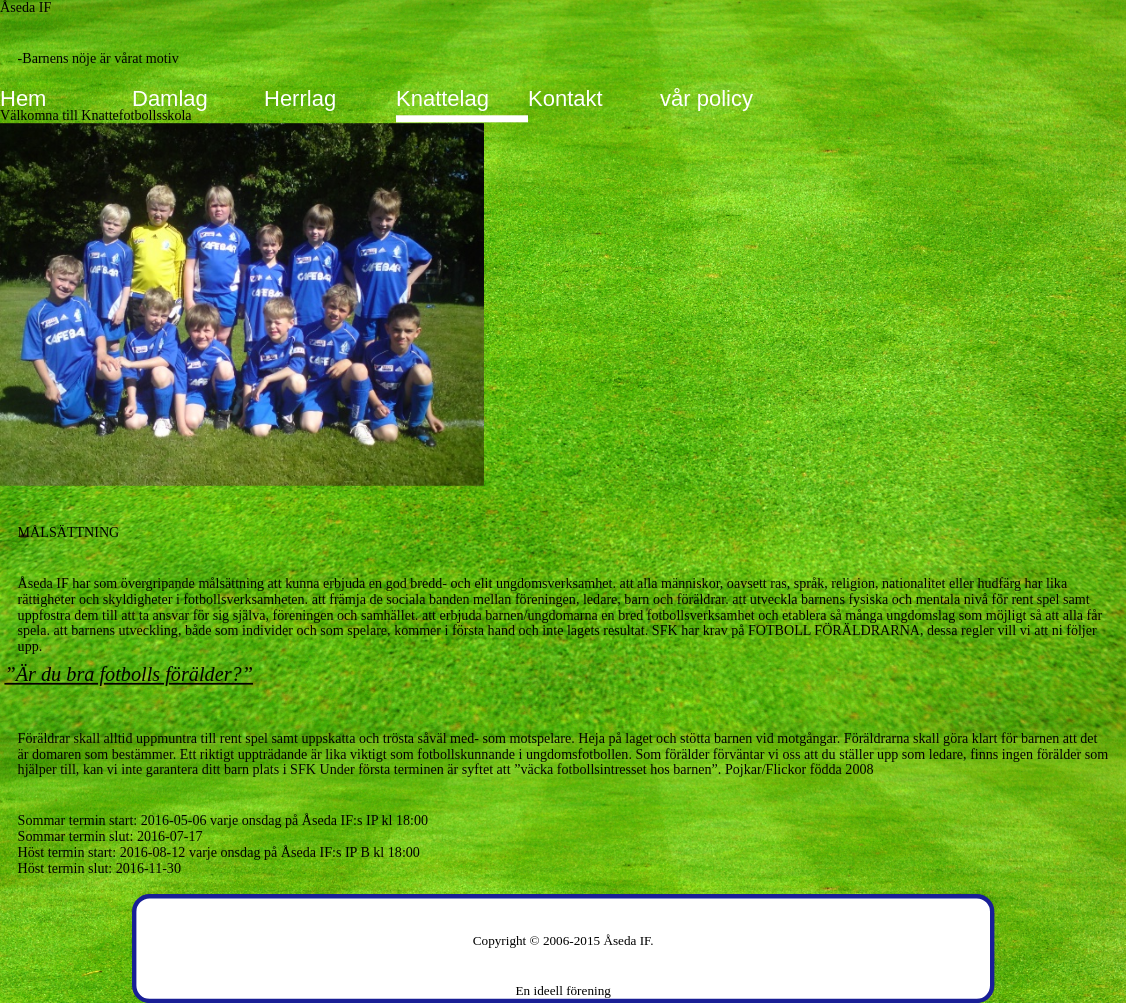
Repository: alexanderdanielsson28/ProjektAsedaIF
Page: html/Knattelag.html
The author's editor kept a record of every edit. The page is drawn from the files as they stood at one moment, then again after the next edit.
The browser window is 1280 px wide. The pictures show the whole page, at 88% of full size.
Backgrounds fixed to the window are drawn as part of the page.

Above is the page before.

### html/Knattelag.html
<!DOCTYPE html>
<html lang="sv">
<!-- svenskt språk -->

<head>
    <meta charset="utf-8">
    <!-- utf-8 svensk -->
    <meta name="viewport" content="width=device-width, initial-scale=1.0">
    <!-- viewport -->
    <title>Åseda Sport</title>
    <!-- titeln på hemsidan -->
    <link rel="icon" href="../pictures/aseda.png" sizes="16x16" type="image/png">
    <link rel="shortcut icon" href="../pictures/aseda.png" sizes="16x16" type="image/png">
    <link rel="apple-touch-icon" href="../pictures/aseda.png" sizes="120x120" type="image/png">
    <link rel="stylesheet" type="text/css" media="only screen and (min-width:480px)" href="../css/media.css">
    <!-- länk till stylesheet för css -->
    <link rel="stylesheet" type="text/css" media="only screen and (min-width:480px)" href="../menu.css">
    <!-- länk till stylesheet css för att anpassa till width 480px  -->
    <link rel="stylesheet" media="only screen and (max-width:480px)" href="../css/mobile.css">
</head>

<body>

    <div id="header">
        <h1 id="h1tag">Åseda IF</h1>
        <h3 class="hidden">-Barnens nöje är vårat motiv</h3>
        <div class="fb-like" data-href="https://www.facebook.com/asedaif?ref=ts&amp;fref=ts" data-layout="standard" data-action="like" data-show-faces="true" data-share="true"></div>

    </div>
    <div id="meny">
        <div id="meny2">
            <nav id="navigation">
                <ul>
                    <li><a class="klass" href="../index.html">Hem</a></li>
                    <li><a class="klass" href="../html/Damlag.html">Damlag</a></li>
                    <li><a class="klass" href="../html/Herrlag.html">Herrlag</a></li>
                    <li><a class="klass" href="../html/Knattelag.html">Knattelag</a></li>
                    <li><a class="klass" href="../html/Kontakt.html">Kontakt</a></li>
                    <li><a class="klass" href="../html/Policy.html">vår policy</a></li>
                </ul>
            </nav>

        </div>
    </div>

    <article id="knatteArticle">
        <h1 id="textBoxH"> Välkomna till Knattefotbollsskola</h1>
        <div id="knatte">
            <img id="knattebild" src="../pictures/DSC00505.jpg" alt="bilden kan ej visas">
        </div>

        <div id="textbox">



            <h2>MÅLSÄTTNING</h2>
            <p>
                Åseda IF har som övergripande målsättning att kunna erbjuda en god bredd- och elit ungdomsverksamhet. att alla människor, oavsett ras, språk, religion, nationalitet eller hudfärg har lika rättigheter och skyldigheter i fotbollsverksamheten. att främja
                de sociala banden mellan föreningen, ledare, barn och föräldrar. att utveckla barnens fysiska och mentala nivå för rent spel samt uppfostra dem till att ta ansvar för sig själva, föreningen och samhället. att erbjuda barnen/ungdomarna
                en bred fotbollsverksamhet och etablera så många ungdomslag som möjligt så att alla får spela. att barnens utveckling, både som individer och som spelare, kommer i första hand och inte lagets resultat. SFK har krav på FOTBOLL FÖRÄLDRARNA,
                dessa regler vill vi att ni följer upp. </p>
            <div id="fair">”Är du bra fotbolls förälder?”</div>

            <p>Föräldrar skall alltid uppmuntra till rent spel samt uppskatta och trösta såväl med- som motspelare. Heja på laget och stötta barnen vid motgångar. Föräldrarna skall göra klart för barnen att det är domaren som bestämmer. Ett riktigt uppträdande
                är lika viktigt som fotbollskunnande i ungdomsfotbollen. Som förälder förväntar vi oss att du ställer upp som ledare, finns ingen förälder som hjälper till, kan vi inte garantera ditt barn plats i SFK Under första terminen är syftet att
                ”väcka fotbollsintresset hos barnen”. Pojkar/Flickor födda 2008</p>

            <ul>
                <li>Sommar termin start: 2016-05-06 varje onsdag på Åseda IF:s IP kl 18:00</li>
                <li>Sommar termin slut: 2016-07-17</li>
                <li>Höst termin start: 2016-08-12 varje onsdag på Åseda IF:s IP B kl 18:00</li>
                <li>Höst termin slut: 2016-11-30 </li>
            </ul>



        </div>
    </article>



















    <div id="footer">
        <div id="footertext">
            <h3>Copyright © 2006-2015 Åseda IF.</h3>
            <h3>En ideell förening </h3>
        </div>
    </div>

    <script type="text/javascript" src="../javascript/script.js"></script>
    <script type="text/javascript" src="../menu.js"></script>

</body>

</html>

### menu.css


#meny

{

    padding:0;


    width:700px;

    height: 3px;

    /*border-radius: 3px;
*/
}
#meny2
{

    width:960px;
    margin:0 auto;
}
#meny2 ul
{

    position: relative;
    list-style-type: none;
    float:center;
    padding:0;margin:0;
}
#meny2 li


{
    width:150px;
    border-collapse: separate;
    /* border-left: 1px solid gray;
    border-radius:5px solid;
    */
    float:left;
    list-style-type: none;
    padding:0;margin:0;background-image:none;
}

#meny2 li.highlight
{

    background-color:white;
    top:50px;
    height:8px;
    z-index: 1;
    position: absolute;
    overflow:hidden;
    /*opacity: 0.8;*/

}
#meny2 li a
{

    height:10px;
    padding-top: 16px;
    margin: 0 0px;
    color:white;
    font: normal 25px arial;
    text-align: center;
    text-decoration: none;
    display: block;
    float:left;
    position: relative;
    z-index: 2;
}

### css/mobile.css
/* http://meyerweb.com/eric/tools/css/reset/
   v2.0 | 20110126
   License: none (public domain)
*/

html,
body,
div,
span,
applet,
object,
iframe,
h1,
h2,
h3,
h4,
h5,
h6,
p,
blockquote,
pre,
a,
abbr,
acronym,
address,
big,
cite,
code,
del,
dfn,
em,
img,
ins,
kbd,
q,
s,
samp,
small,
strike,
strong,
sub,
sup,
tt,
var,
b,
u,
i,
center,
dl,
dt,
dd,
ol,
ul,
li,
fieldset,
form,
label,
legend,
table,
caption,
tbody,
tfoot,
thead,
tr,
th,
td,
article,
aside,
canvas,
details,
embed,
figure,
figcaption,
footer,
header,
hgroup,
menu,
nav,
output,
ruby,
section,
summary,
time,
mark,
audio,
video {
    margin: 0;
    padding: 0;
    border: 0;
    font-size: 100%;
    font: inherit;
    vertical-align: baseline;
}


/* HTML5 display-role reset for older browsers */

article,
aside,
details,
figcaption,
figure,
footer,
header,
hgroup,
menu,
nav,
section {
    display: block;
}

body {
    line-height: 1;
    overflow-x: hidden;
}

ol,
ul {
    list-style: none;
}

blockquote,
q {
    quotes: none;
}

blockquote:before,
blockquote:after,
q:before,
q:after {
    content: '';
    content: none;
}

table {
    border-collapse: collapse;
    border-spacing: 0;
}


/* Mobil innehåll Mobil innehåll Mobil innehåll Mobil innehåll Mobil innehåll Mobil innehåll Mobil innehåll */

#h1tag {
    font-size: 25px;
    text-align: center;
}

.hidden {
    font-size: 15px;
    text-align: center;
}

#header {
    background-color:#023F6B;
     margin-left:auto;
    margin-right:auto;
    /*border-top-left-radius:2em;*/
    /*border-top-right-radius:2em;*/
    /*background-color:white;*/
    background-image: url(../pictures/loggaasedaMobile4.png);
    background-repeat:no-repeat;
    background-position:center;
   /*background-size:auto auto;*/
    width: auto;
    height: 125px;
    /*background-position:center;*/
    /*margin-bottom:10px;*/
/*position: absolute; top: 60px; left: 80px;*/
}
#backgroundHeader{
    /* background-image:url(../pictures/loggaasedaMobile3.png);*/
    /* width: 400px;*/
    /*height: 100px;*/
/*position: relative; top: 0; left: 0;*/
}


/*
.hidden {
    display:none;
}
*/

html {
    /*background-image: url("../pictures/bg_grass.jpg");*/
    width: auto;
    height: auto;
    background-size: cover;
    background-repeat: no-repeat;
    background-attachment: fixed;
    overflow-x: hidden;
}

body {
    width: auto;
    height: auto;
}

table {
    display: block;
    overflow: scroll;
}

#twoinone {
    max-width: 300px;
    height: auto;
}

nav {
    width: 300px;
    height: auto;
}

.klass {
    padding: 15px;
    /*width:auto;*/
}

#bilden {
    width: 55px;
    height: 55px;
}

#aside1 {
    margin: 50px;
    padding: 50px 50px 10px 50px;
    border: 1px solid black;
}

#aside {
    margin: 50px;
    padding: 50px 50px 10px 50px;
    border: 1px solid black;
}

.bildflera {
    background-image: url("../pictures/myrvalla02.jpg");
    background-repeat: no-repeat;
}

#seces {
    max-width: 400px;
    height: auto;
}

#fboverlay {
    opacity: 0.6;
    filter: alpha(opacity=60);
    -webkit-filter: grayscale(100%);
    -moz-filter: grayscale(100%);
    -o-filter: grayscale(100%);
    -ms-filter: grayscale(100%);
    filter: grayscale(100%);
}

#imagen {
    max-width: 250px;
    height: auto;
    margin-left: 10%;
    margin-right: 10%;
}

#artherr {
    width: auto;
    height: auto;
    margin-top: 50px;
    background-color: rgb(235, 235, 235);
}

#nyaart {
    max-width: 250px;
    height: auto;
    background-color: rgb(225, 225, 225);
}

#match {
    width: auto;
    height: auto;
    float: left;
    border: 1px solid black;
    background-color: rgb(225, 225, 225);
}

#sece {
    width: 200px;
    height: auto;
}

#table1 {
    width: 250px;
    height: auto;
    overflow: scroll;
}

#chall {
    width: 150px;
    height: auto;
}

#meny {
    text-align: center;
    margin-left: auto;
    margin-right: auto;
    width: auto;
    margin-bottom: 10px;
}

#meny2 {
    width: 900px;
    margin: 0 auto;
}

#meny2 ul {
    position: relative;
    list-style-type: none;
    float: center;
    padding: 0;
    margin: 0;
}

#meny2 li {
    margin: 0;
    padding: 0;
    width: auto;
    list-style-type: none;
    font-size: 100%;
    background-color: silver;
    border-bottom: 1px solid black;
}


/*
#meny2 li.highlight {
    background-color: white;
    top: 50px;
    height: 8px;
    z-index: 1;
    position: absolute;
    overflow: hidden;

}
*/

#meny2 li a {
    font-size: 20px;
    display: block;
    width: auto;
    height: 25px;
    padding-bottom: 0.2em;
    text-decoration: none;
    border-top: 1px solid black;
    border-right: 1px solid black;
    border-left: 1px solid black;
}

#container {
    max-width: 300px;
    margin-left: 1px;
}

#sidebaren {
    max-width: 300px;
    margin: 0px;
    padding: 0px;
}


/*
#navigation {
    max-width: 300px;
    height:auto;
}

new menu phone
#navigation
{
    text-align: center;
    margin-left: auto;
    margin-right: 10%;
    width:auto;
    margin-bottom:10px;

}
#navigation li{

    margin-left: auto;
    margin-right: auto;
}

/*news funtionen*/

.dhmcss {
    width: 100%;
    background: #FFFFFF;
    COLOR: #5C5C5C;
    FONT-FAMILY: verdana, arial, helvetica;
    FONT-SIZE: 10pt;
    FONT-WEIGHT: bold;
    padding-top: 1px;
    padding-bottom: 1px;
    TEXT-DECORATION: none;
}

.dhmcssover {
    width: 100%;
    background: #EC941C;
    COLOR: #FFFFFF;
    FONT-FAMILY: verdana, arial, helvetica;
    FONT-SIZE: 10pt;
    FONT-WEIGHT: bold;
    padding-top: 1px;
    padding-bottom: 1px;
    TEXT-DECORATION: none;
}

.dhmcssdown {
    width: 100%;
    background: #ACDCA5;
    COLOR: #000000;
    FONT-FAMILY: verdana, arial, helvetica;
    FONT-SIZE: 10pt;
    FONT-WEIGHT: bold;
    padding-top: 1px;
    padding-bottom: 1px;
    TEXT-DECORATION: none;
}

.duztext {
    COLOR: #222222;
    FONT-FAMILY: Arial, sans-serif, Geneva;
    FONT-SIZE: 9pt;
    FONT-STYLE: normal;
    FONT-WEIGHT: normal;
    TEXT-DECORATION: none;
    line-height: 18px;
}

.duztext2 {
    COLOR: #222222;
    FONT-FAMILY: Arial, sans-serif, Geneva;
    FONT-SIZE: 10px;
    FONT-STYLE: normal;
    FONT-WEIGHT: normal;
    TEXT-DECORATION: none
}

.kbaslik {
    COLOR: #222222;
    FONT-FAMILY: Arial, sans-serif, Geneva;
    FONT-SIZE: 11pt;
    FONT-STYLE: normal;
    FONT-WEIGHT: bold;
    TEXT-DECORATION: none
}

.bbaslik {
    COLOR: #222222;
    FONT-FAMILY: Arial, Arial, Geneva;
    FONT-SIZE: 13pt;
    FONT-STYLE: normal;
    FONT-WEIGHT: bold;
    TEXT-DECORATION: none
}

A:link {
    text-decoration: none;
    color: #202090;
    font-size: 12px;
    font-family: "Arial", "Helvetica", "sans-serif";
}

A:visited {
    text-decoration: none;
    color: #202090;
    font-size: 12px;
    font-family: "Arial", "Helvetica", "sans-serif";
}

A:hover {
    text-decoration: underline;
    color: #FF9900;
    font-size: 12px;
    font-family: "Arial", "Helvetica", "sans-serif";
}

a {
    font-family: "Arial", "Helvetica", "sans-serif";
    font-size: 12px;
    color: #202090;
}

#resultat {
    font-weight: bold;
    font-size: 20px;
    text-align: center;
    padding-bottom: 10px;
}

#chall {
    font-style: italic;
}

.hej15 {
    background-color: gray;
}

#lagsvag {
    border: 1px solid black;
    background-color: rgb(145, 145, 195);
}

.listen {
    list-style-type: disc;
    padding: 5px 15px 5px 25px;
}

#headboll {
    font-size: 30px;
    text-align: center;
    font-weight: bold;
    padding: 15px;
    background-color: rgb(200, 200, 235);
}

.gro {
    background-color: gray;
}

#train {
    padding: 5px;
    font-weight: bold;
    background-color: gray;
}

#knatte {
    width: 300px;
    /*background-color: white;*/
    margin-top: 0px;
}

#knatte img {
    box-shadow: 25px 25px 15px black;
    background-repeat: no-repeat;
    background-size: 350px 200px;
    margin-top: 5px;
}

#knatteArticle {
    background-color: white;
    width: auto;
    border: 5px solid;
    margin-top: 50px;
    border-color: silver;
}

#knatteArticle h2 {
    font-size: large;
    padding-top: 25px;
    padding-bottom: 10px;
    text-decoration: underline;
}

#fair {
    padding-top: 10px;
    padding-bottom: 10px;
    text-decoration: underline;
    font-style: oblique;
    padding-left: 10px;
    font-size: large;
}

#textbox {
    width: 200px;
    margin-left: 30%;
    padding-bottom: 20px;
    padding-top: 50px;
}

#textBoxH {
    color: green;
    margin-top: 20px;
    font-size: 25px;
    margin-left: 28%;
}

#textbox ul li {
    margin-top: 20px;
    background-image: url('../pictures/football.png');
    background-repeat: no-repeat;
    background-size: 15px 15px;
    padding-left: 19px;
}

#knattebild {
    width: 100%;
}

#fb {
    margin-right: 50%;
    display: none;
}

#textBoxH {
    color: green;
}

#ark {
    border: 1px solid black;
    /*max-width: 300px;*/
    margin-top: 50px;
    background-color: white;
}

#formBox {
    max-width: 300px;
    padding-top: 8px;
}

#art {
    width: auto;
    margin-top: 50px;
    background-color: gray;
    border: 2px solid;
    border-color: black;
    font-family: sans-serif;
}

#policyinnehall {
    padding: 0px 25px 0px 25px;
}

#policen {
    font-size: 35px;
    text-align: center;
    font-weight: bold;
}

#first {
    padding: 15px 15px;
}

#str {
    font-weight: bold;
    padding: 15px 15px;
    text-align: center;
}

#second {
    padding: 15px 15px;
}

#third {
    padding: 15px 15px;
}

#over {
    font-weight: bold;
    text-align: center;
    padding: 15px 15px;
}

#fourth {
    padding: 15px 15px;
}

.lists {
    padding: 5px 35px 5px 35px;
    list-style-type: disc;
}

.liulett {
    padding: 3px 3px;
}

#over2 {
    font-weight: bold;
    text-align: center;
    padding: 15px 15px;
}

#fifth {
    padding: 15px 15px;
}

#bordern {
    margin: 3px;
    padding: 3px;
    border: 1px solid black;
    background-color: rgb(175, 175, 175);
}

#barnh2 {
    font-weight: bold;
    font-size: 25px;
    padding-top: 5px;
    padding-left: 5px;
    text-align: center;
}

#barn3 {
    padding: 5px;
    font-size: 17px;
}

#pbarn {
    width: 250px;
    padding: 10px;
    line-height: 20px;
}

#alle {
    padding: 10px;
    width: 250px;
    line-height: 20px;
}

#olikal {
    padding: 10px;
    width: 250px;
    line-height: 20px;
}

#damerna {
    font-style: italic;
    padding: 3px;
}

#paran {
    border: 1px solid black;
    margin: 3px;
    background-color: rgb(235, 235, 235);
}

/*Nav menu Nav menu Nav menu Nav menu Nav menu Nav menu Nav menu Nav menu Nav menu*/
/*test meny*/

a {
	color: #333;
}
/*#show{*/
/*    display:hide;*/
/*}*/
/*#show.onClick nav{*/
/*    visibility:default;*/

/*}*/
/*#show{*/
/*    width:150px;*/
/*    height:70px;*/
/*    color:black;*/
/*}*/
/*#show #nav.onClick {*/
/*  visibility: hidden;*/
/*}*/
/*#show.nav {*/

/*}*/
/*-------------------------------------*/
    /*#lagDrop .cont li:hover {*/
    /*    background: #eee;*/
    /*    color: #333;*/
    /*}*/

    /*#lagDrop .cont li {*/

    /*    list-style: none;*/
    /*    text-align: left;*/
    /*    color: #888;*/
    /*    font-size: 14px;*/
    /*    line-height: 30px;*/
    /*    height: 30px;*/
    /*    padding-left: 10px;*/
    /*    border-top: 1px solid #ccc;*/
    /*}*/

    /*#lagDrop .cont li:last-of-type {*/
    /*    border-bottom-left-radius: 5px;*/
    /*    border-bottom-right-radius: 5px;*/

    /*}*/
/*.lagDrop ul{*/
/*        visibility:hidden;*/

/*    }*/
/*--------------*/
#demo {
        margin: 30px 0 50px 0;
        font-family: Helvetica , Helvetica, Arial, sans-serif;
    }

    #demo .wrapper {
        display: inline-block;
        width: 180px;
        margin: 0 10px 0 0;
        height: 20px;
        position: relative;
    }

    #demo .parent {
        background-image:url("../pictures/threelines.png");
        background-repeat:no-repeat;
        background-size:154px 50px;
        background-position:center;
        height: 100%;
        width: 94px;
        display: block;
        cursor: pointer;
        line-height: 30px;
        height: 30px;
        /*border-radius: 5px;*/
        /*background: #F9F9F9;*/
        border: 1px solid;
        border-bottom: 1px solid;
        /*color: #282D31;*/
        font-weight: bold;
        z-index: 2;
        position: relative;
        -webkit-transition: border-radius .1s linear, background .1s linear, z-index 0s linear;
        -webkit-transition-delay: .8s;
        text-align: center;
    }

    #demo .parent:hover,
    #demo .cont:hover ~ .parent {

        /*background: #fff;*/
        -webkit-transition-delay: 0s, 0s, 0s;
    }

    #demo .cont:hover ~ .parent {
        border-bottom-left-radius: 0;
        border-bottom-right-radius: 0;
        z-index: 0;

    }

    #demo .cont {
        position: absolute;
        top: 0;
        display: block;
        z-index: 1;
        height: 0;
        width:auto;
        padding-top: 30px;
        -webkit-transition: height .5s ease;
        -webkit-transition-delay: .4s;
        border: 1px solid #777;
        border-radius: 5px;
        box-shadow: 0 1px 2px rgba(0,0,0,.4);
    }

    #demo .wrapper:active .cont {
        height: 280px;
        z-index: 3;
        -webkit-transition-delay: 0s;
    }

    #demo .cont:hover {
       height: 280px;
        z-index: 3;
        -webkit-transition-delay: 0s;

    }


    #demo .cont ul {
        background: #fff;
        margin: 0;
        padding: 0;
        overflow: hidden;
        height: 100%;
        border-bottom-left-radius: 5px;
        border-bottom-right-radius: 5px;
    }

    #demo .cont ul a {
        text-decoration: none;

    }

    #demo .cont li:hover {
        background: #eee;
        color: #333;
    }

    #demo .cont li {

        list-style: none;
        text-align: left;
        color: #888;
        font-size: 14px;
        line-height: 30px;
        height: 40px;
        padding-left: 10px;
        border-top: 1px solid #ccc;
    }


    #demo .cont li:last-of-type {
        border-bottom-left-radius: 5px;
        border-bottom-right-radius: 5px;

    }

    /*#varaLag ul{*/

    /*}*/
/*-------------------------------------*/
/*   #varaLag .wrapper:active .cont {*/
/*        height: 500px;*/
/*        z-index: 3;*/
/*        -webkit-transition-delay: 0s;*/
/*    }*/

/*    #varaLag .cont:hover {*/
/*       height: 500px;*/
/*        z-index: 3;*/
/*        -webkit-transition-delay: 0s;*/

/*    }*/


/*    #varaLag .cont ul {*/
/*        background: #fff;*/
/*        margin: 0;*/
/*        padding: 0;*/
/*        overflow: hidden;*/
/*        height: 100%;*/
/*        border-bottom-left-radius: 5px;*/
/*        border-bottom-right-radius: 5px;*/
/*    }*/

/*    #varaLag .cont ul a {*/
/*        text-decoration: none;*/

/*    }*/

/* #varaLag .cont li:hover {*/
/*        background: #eee;*/
/*        color: #333;*/
/*    }*/

/*    #varaLag .cont li {*/

/*        list-style: none;*/
/*        text-align: left;*/
/*        color: #888;*/
/*        font-size: 14px;*/
/*        line-height: 30px;*/
/*        height: 40px;*/
/*        padding-left: 10px;*/
/*        border-top: 1px solid #ccc;*/
/*    }*/

/*    #varaLag .cont li:last-of-type {*/
/*        border-bottom-left-radius: 5px;*/
/*        border-bottom-right-radius: 5px;*/

/*}*/
#menuForBiggerDevice{
    /*visibility:hidden;*/

    display:none;
}
/*Index mobile Index mobile Index mobile Index mobile Index mobile Index mobile Index mobile*/
#knatteArticle1{

 margin-left:auto;
    margin-right:auto;

       /*margin-bottom:20px;*/
    border-radius: 10px;
    background-color: white;
    border-width: 1px;
    border-color: black;
    /*max-width: 970px;*/
   /*padding-bottom:20px;*/
    background-color:#191f96;

}
#textindex{
   margin-left:auto;
   margin-right:auto;
    width:auto;
    /*max-width:920px;*/
    background-color:white;
    /* line-height: 150%;*/
    /*padding-left:30px;*/
    /*float:left;*/
    /*width:500px;*/
    border: 5px solid;
    border-radius: 25px;
    border-color:#191f96;

}
#textindex p{
    font-size:14px;
    font-style: normal;
    margin-bottom:15px;
    margin-left:10px;
    margin-right:10px;

}


/*Footer mobile Footer mobile Footer mobile Footer mobile Footer mobile Footer mobile Footer mobile*/
#footer{
    margin:0 auto;
     margin-left:auto;
   margin-right:auto;

    position: relative;
    text-align:center;
    width:auto;
    background-color:white;
    /*width:auto;*/
    /*width:900px;*/
     /*clear: left;*/
   /*line-height: 250%;*/
    /*background-color:white;*/
    border-radius: 20px;
    border:5px solid;
    border-color:#191f96;
    /*margin-top:30px;*/
    margin-top: 10px;
 font-size:11px;


}
.fotterOl{
    width:auto;
    /*float:left;*/
    /*padding-left:175px;*/
    /*padding-right:2%;*/
    /*padding-bottom:50px;*/
    /*line-height: 150%;*/
    font-size:11px;
    /*padding-top:20px;*/
    /*margin-bottom:60px;*/
      /*height:100px;*/

}
#secondRss{
    display:none;
}

#textindexdam{
  background-color:white;
     line-height: 160%;
    /*padding-left:20%;*/
    /*float:left;*/
    /*width:970px;*/
     /*margin-left:25px;*/
    /*height:700px;*/
    /*padding-right:80px;*/
    padding-bottom:20px;
     border: 5px solid;
    border-radius: 25px;
    border-color:#191f96;

}
#textindexdam p{
    font-size:14px;
    font-style: normal;
    margin-bottom:15px;
    margin-left:10px;
    margin-right:10px;
    width:auto;
}
#tranan{
    font-size:16px;
    font-style: normal;
    margin-bottom:15px;
    margin-left:10px;
    margin-right:10px;

}
#textindexdam img{
 /*margin-left:200px;*/
 /*float:center;*/
 margin-left:auto;
 margin-right:auto;
 /*border:2px solid;*/
 /*border-color:#191f96;*/
  /*margin: auto;*/
    width: 90%;
    padding-left:10px;
    /*padding: 10px;*/

}

Loaded but not shown: menu.js (151 lines, source omitted); javascript/script.js (8 lines, source omitted); css/media.css (1556 lines, source omitted)

After the next edit:
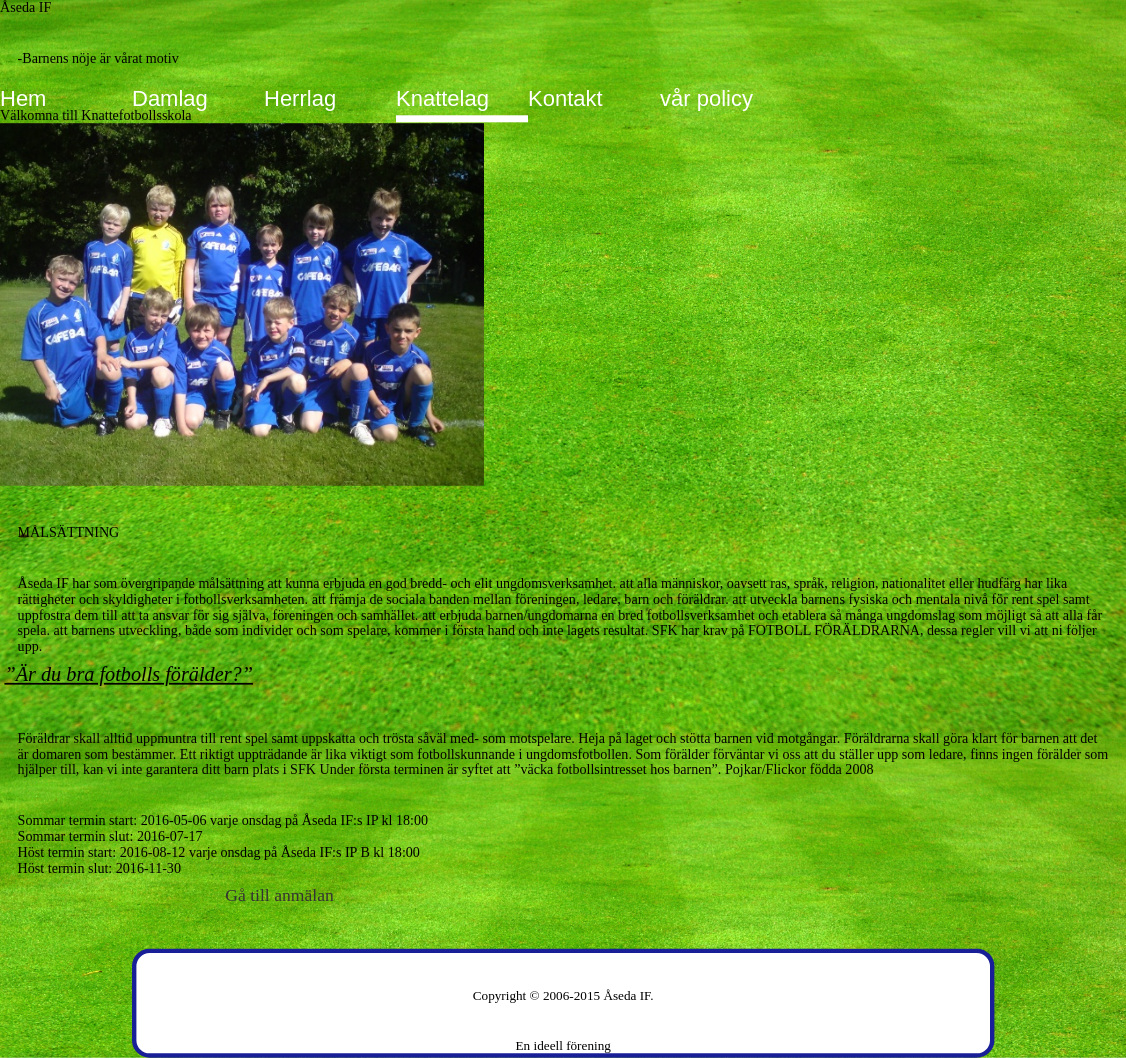
The edit:
--- a/html/Knattelag.html
+++ b/html/Knattelag.html
@@ -73,7 +73,7 @@
             </ul>
 
 
-
+            <div id="lankanmalan"><a href="Kontakt.html#formett">Gå till anmälan</a></div>
         </div>
     </article>
 
